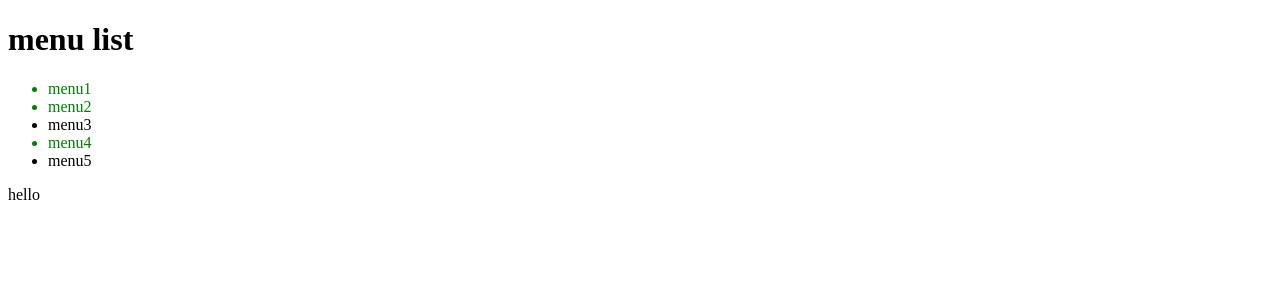
Repository: harin1212/PDA-frontend
Page: js04/dom1.html
These files come from the project's save history. The page is drawn as it stood at one moment and after the next save; the edit follows.
The browser window is 1280 px wide. The pictures show the whole page.

Above is the page before, as saved 2023-08-10 09:10:31.

### js04/dom1.html
<!DOCTYPE html>
<html lang="en">
<head>
    <meta charset="UTF-8">
    <meta name="viewport" content="width=device-width, initial-scale=1.0">
    <title>dom1</title>
    <script defer src="js/dom1.js"></script>
    <style>
        .red{
            color: red;
        }
        .green{
            color: green;
        }
    </style>
</head>
<body>
    <!-- <button type="button" id="win_open">열기</button> -->
<!--     <ul>
        <li id="listId">list-1</li>
        <li name="listName" class="listClass">list-2</li>
        <li class="listClass">list-3</li>
        <li name="listname">list-4</li>
    </ul>
    <input type="text" name="irum"> -->

    <div>
        <h1>menu list</h1>
        <ul>
            <li id="m1" class="red">menu1</li>
            <li id="m2" class="red">menu2</li>
            <li id="m3">menu3</li>
            <li id="m4" class="red">menu4</li>
            <li>menu5</li>
        </ul>
    </div>
    <div id="aaa"></div>
</body>
</html>

### js04/js/dom1.js
//----------------- DOM -----------------

//const { default: next } = require("next/types");

/* document.getElementById('win_open').onclick = function(){
    //location.href="http://www.naver.com";
    document.write('hello');
} */

//----------------- HTML 태그 속성 -----------------
/* //html body
let d = document.body;
console.log(d);
//html id값 받아오기
let list_id = document.getElementById('listId');
console.log(list_id);
//html class 값 받아오기
let li_class = document.getElementsByClassName('listClass');
console.log(li_class);
//tag 값 받아오기 ex.li
let tagname = document.getElementsByTagName('li');
console.log(tagname);

let names = document.getElementsByName('listName');
console.log(names);

let child1 = document.body.children;
console.log(child1);
//li 3번째 받아오기
//let lis = document.getElementsByTagName('li')[2].textContent;
//let lis = document.getElementsC('li')[2].className;
//let lis = document.getElementsC('li')[2].tagName;
console.log(lis); */

//----------------- menu -----------------
//querySelectorAll('.class') == getElementByClassName('class')
//let elered = document.querySelectorAll('.red'); //정적
/* let elered = document.getElementsByClassName('red'); //가변적 -> 인덱스 재조정

//sol 1. i--
for (let i = 0; i < elered.length; i++){
    elered[i].className = 'green'; // -> lenth길이 바뀌므로 menu2는 색 안바뀜
    i--; //solution
}

//sol 2. for 조건 바꾸기
for (let i = elered.length-1; i>=0; i--) {
    elered[i].className='green'
}

//sol 3. spread 사용
[...elered].forEach(item => item.className = 'green');
 */
//sol 4. querySelectorAll 사용
/* document.querySelectorAll('.red')
.forEach(item => item.className = 'green');
 */

//------------------ Node search - child --------------------------
//children : 자식중 element type 요소만 반환
//first Child, lastChild, nextElementSibiling, previousElementSibling
//hasChildNodes

/* const ul_ele = document.getElementsByTagName('ul')[0];
console.log(ul_ele.children); //모든 자식 요소 찾기
console.log(ul_ele.hasChildNodes()); //함수
console.log(ul_ele.firstElementChild); //가장 먼저 사용하는 거
console.log(ul_ele.lastElementChild);

let ele_m3 = document.getElementById('m3');
let next_ele_m3 = ele_m3.nextElementSibling; //다음 형제
console.log(next_ele_m3);
next_ele_m3.style.backgroundColor = 'yellow'; //다음 형제 배경 yellow로
ele_m3.previousElementSibling.style.color = 'red'; //이전 형제 글씨 red로 */

//------------------ 클래스 속성 값 변경 하거나 얻어오기 --------------------------
//className : class attribute 값을 변경하거나 얻어올 때
//classList

//className
/* let cName = document.getElementById('m2');
console.log(cName.className);
cName.className = 'green'; //변경 하는 것

ele_li.forEach(item => {
    if(item.className == 'red')
        item.className = 'green';
}) */

//classList
let ele_li = document.querySelectorAll('li'); //정적 -> forEach 가능
ele_li.forEach(item => {
    if(item.classList.contains('red'))
        item.classList.replace('red','green');
})

document.getElementById('aaa').innerHTML = "<p>hello</p>";

After the next save:
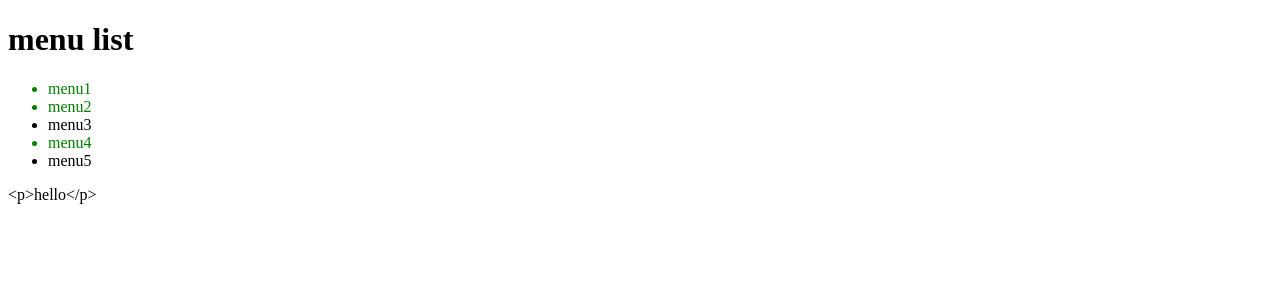
Saved 32 s later.
--- a/js04/js/dom1.js
+++ b/js04/js/dom1.js
@@ -94,4 +94,5 @@ ele_li.forEach(item => {
         item.classList.replace('red','green');
 })
 
-document.getElementById('aaa').innerHTML = "<p>hello</p>";
+//document.getElementById('aaa').innerHTML = "<p>hello</p>";
+document.getElementById('aaa').textContent = "<p>hello</p>";
